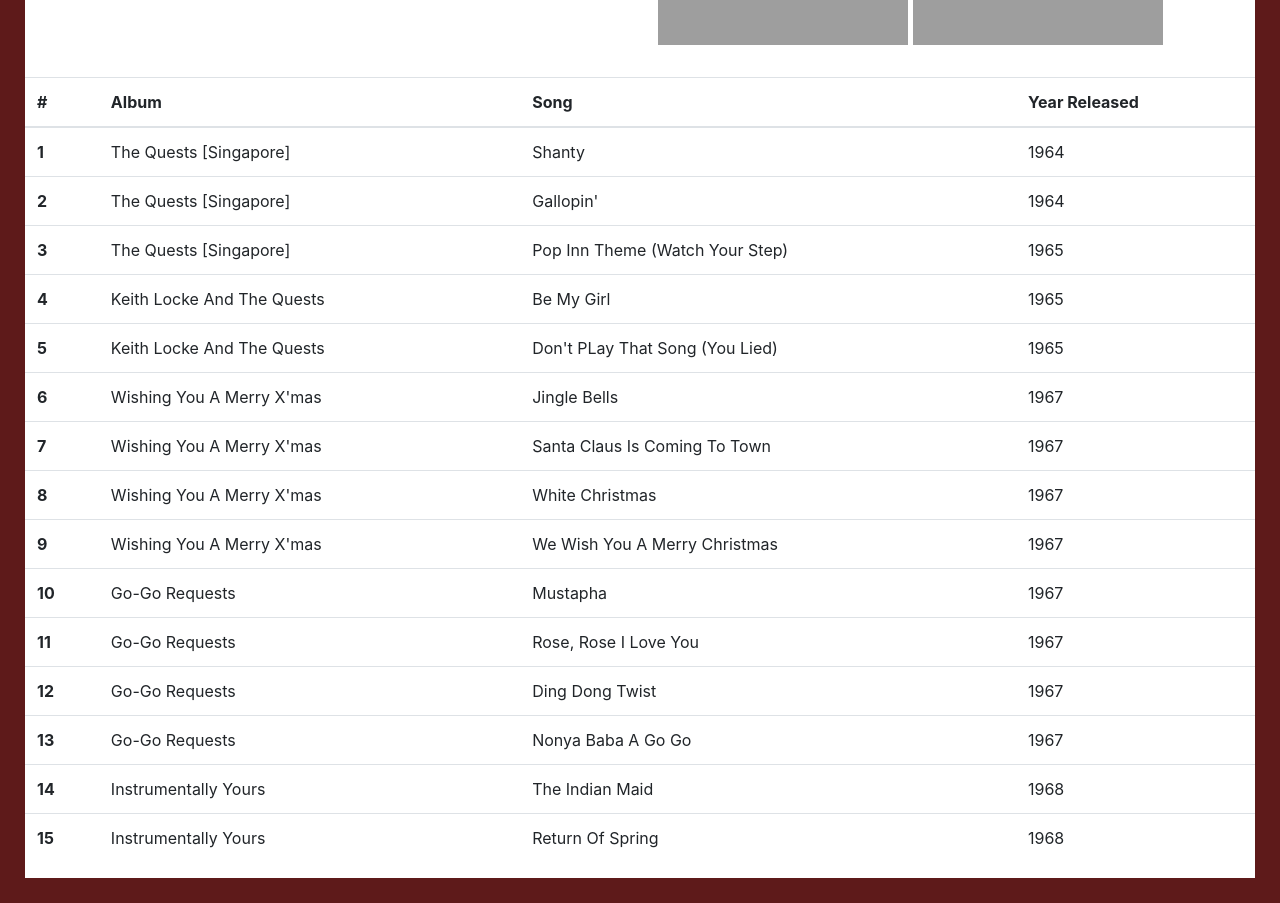
Repository: SamLookingGlass/User-Centric-Frontend-Development-Project
Page: music.html
The author's editor kept a record of every edit. The page is drawn from the files as they stood at one moment, then again after the next edit.
The browser window is 1280 px wide. The pictures show the part of the page from y = 585 to 1537 px (the page is 1488 px tall before and 1537 px after).
Pictures or frames that could not be fetched are drawn as grey boxes. Some web libraries are served in a nearby version.

Above is the page before.

### music.html
<!doctype html>
<html lang="en">

<head>
    <!-- Required meta tags -->
    <meta charset="utf-8">
    <meta name="viewport" content="width=device-width, initial-scale=1, shrink-to-fit=no">

    <!-- Bootstrap CSS -->
    <link rel="stylesheet" href="https://maxcdn.bootstrapcdn.com/bootstrap/4.0.0/css/bootstrap.min.css" integrity="sha384-Gn5384xqQ1aoWXA+058RXPxPg6fy4IWvTNh0E263XmFcJlSAwiGgFAW/dAiS6JXm" crossorigin="anonymous">
    <link href="style.css" rel="stylesheet" type="text/css" />
    <link href="https://fonts.googleapis.com/css?family=Fjalla+One&display=swap" rel="stylesheet">
    <link href="https://fonts.googleapis.com/css?family=Amatic+SC&display=swap" rel="stylesheet">
    <link href="https://fonts.googleapis.com/css?family=Playfair+Display&display=swap" rel="stylesheet">
    <link rel="stylesheet" href="https://cdnjs.cloudflare.com/ajax/libs/font-awesome/4.7.0/css/font-awesome.min.css">
    <title>The Quests Official - Music</title>
</head>

<body id="borderhome">
    <!--<div class="container-fluid" style="height:2vw"></div>-->
    <nav class="fontnew" id="navbg">
        <div class="container-fluid">
            <div class="row d-lg-flex">
                <div class="col-5 navnew navleft d-flex justify-content-end">
                    <ul class="d-flex">
                        <li><a href="home.html">HOME</a></li>
                        <li id="active"><a href="music.html">MUSIC</a></li>
                        <li><a href="history.html">HISTORY</a></li>
                    </ul>
                </div>
                <div class="col-2 d-lg-flex justify-content-center">
                    <a class="" href="home.html">
                     <img id="navlogo" class="img-fluid" src="images/logo.png" alt="logo">
                </a>
                </div>
                <div class="col-5 navnew navright d-lg-flex justify-content-start">
                    <ul class="d-flex">
                        <li><a href="tour.html">TOUR</a></li>
                        <li><a href="gallery.html">GALLERY</a></li>
                    </ul>
                </div>
            </div>
        </div>
    </nav>
    <main>
        <div id="imagebg">
        </div>
    </main>
    <section>
        <div style="height:420pt" class="container-fluid">
            <div class="row">
                <div class="col-1"></div>
                <div class="col-5 fonttypo-gallery">
                    <h2 class="cardbod">
                        “Mrs Devan liked both songs and she asked me what my tune was called.
                        <br>
                        <br>
                        I didn’t have a name, so at the spur of the moment,
                        I said: ‘Call it Shanty’.”
                        <br>
                        <br>
                    </h2>
                    <h3>
                        - Jap Cheong, Band Leader
                    </h3>
                </div>
                <div class="col-5 d-flex cardbod-music fonttypo-gallery">
                    <div class="row" >
                        <iframe width="250" height="250" scrolling="no" frameborder="no" allow="autoplay" src="https://w.soundcloud.com/player/?url=https%3A//api.soundcloud.com/tracks/129465381&color=%23ff5500&auto_play=false&hide_related=false&show_comments=false&show_user=false&show_reposts=false&show_teaser=false&visual=true"></iframe>
                        <iframe width="250" height="250" scrolling="no" frameborder="no" allow="autoplay" src="https://w.soundcloud.com/player/?url=https%3A//api.soundcloud.com/tracks/264145685&color=%23ff5500&auto_play=false&hide_related=false&show_comments=false&show_user=false&show_reposts=false&show_teaser=false&visual=true"></iframe>
                    </div>
                    <div class="row" >
                        <iframe width="250" height="250" scrolling="no" frameborder="no" allow="autoplay" src="https://w.soundcloud.com/player/?url=https%3A//api.soundcloud.com/tracks/2890725&color=%23ff5500&auto_play=false&hide_related=false&show_comments=false&show_user=false&show_reposts=false&show_teaser=false&visual=true"></iframe>
                        <iframe width="250" height="250" scrolling="no" frameborder="no" allow="autoplay" src="https://w.soundcloud.com/player/?url=https%3A//api.soundcloud.com/tracks/2890821&color=%23ff5500&auto_play=false&hide_related=false&show_comments=false&show_user=false&show_reposts=false&show_teaser=false&visual=true"></iframe>
                    </div>
                </div>
                <div class="col-1"></div>
            </div>
        </div>
    </section>
    <section>
        <table class="table table-hover">
  <thead>
    <tr>
      <th>#</th>
      <th>Album</th>
      <th>Song</th>
      <th>Year Released</th>
    </tr>
  </thead>
  <tbody>
    <tr>
      <th scope="row">1</th>
      <td>The Quests [Singapore]</td>
      <td>Shanty</td>
      <td>1964</td>
    </tr>
    <tr>
      <th scope="row">2</th>
      <td>The Quests [Singapore]</td>
      <td>Gallopin'</td>
      <td>1964</td>
    </tr>
    <tr>
      <th scope="row">3</th>
      <td>The Quests [Singapore]</td>
      <td>Pop Inn Theme (Watch Your Step)</td>
      <td>1965</td>
    </tr>
    <tr>
      <th scope="row">4</th>
      <td>Keith Locke And The Quests</td>
      <td>Be My Girl</td>
      <td>1965</td>
    </tr>
    <tr>
      <th scope="row">5</th>
      <td>Keith Locke And The Quests</td>
      <td>Don't PLay That Song (You Lied)</td>
      <td>1965</td>
    </tr>
    <tr>
      <th scope="row">6</th>
      <td>Wishing You A Merry X'mas</td>
      <td>Jingle Bells</td>
      <td>1967</td>
    </tr>
    <tr>
      <th scope="row">7</th>
      <td>Wishing You A Merry X'mas</td>
      <td>Santa Claus Is Coming To Town</td>
      <td>1967</td>
    </tr>
    <tr>
      <th scope="row">8</th>
      <td>Wishing You A Merry X'mas</td>
      <td>White Christmas</td>
      <td>1967</td>
    </tr>
    <tr>
      <th scope="row">9</th>
      <td>Wishing You A Merry X'mas</td>
      <td>We Wish You A Merry Christmas</td>
      <td>1967</td>
    </tr>
    <tr>
      <th scope="row">10</th>
      <td>Go-Go Requests</td>
      <td>Mustapha</td>
      <td>1967</td>
    </tr>
    <tr>
      <th scope="row">11</th>
      <td>Go-Go Requests</td>
      <td>Rose, Rose I Love You</td>
      <td>1967</td>
    </tr>
    <tr>
      <th scope="row">12</th>
      <td>Go-Go Requests</td>
      <td>Ding Dong Twist</td>
      <td>1967</td>
    </tr>
    <tr>
      <th scope="row">13</th>
      <td>Go-Go Requests</td>
      <td>Nonya Baba A Go Go</td>
      <td>1967</td>
    </tr>
    <tr>
      <th scope="row">14</th>
      <td>Instrumentally Yours</td>
      <td>The Indian Maid</td>
      <td>1968</td>
    </tr>
    <tr>
      <th scope="row">15</th>
      <td>Instrumentally Yours</td>
      <td>Return Of Spring</td>
      <td>1968</td>
    </tr>
  </tbody>
</table>
    </section>

    <!-- Optional JavaScript -->
    <!-- jQuery first, then Popper.js, then Bootstrap JS -->
    <script src="https://code.jquery.com/jquery-3.2.1.slim.min.js" integrity="sha384-KJ3o2DKtIkvYIK3UENzmM7KCkRr/rE9/Qpg6aAZGJwFDMVNA/GpGFF93hXpG5KkN" crossorigin="anonymous"></script>
    <script src="https://cdnjs.cloudflare.com/ajax/libs/popper.js/1.12.9/umd/popper.min.js" integrity="sha384-ApNbgh9B+Y1QKtv3Rn7W3mgPxhU9K/ScQsAP7hUibX39j7fakFPskvXusvfa0b4Q" crossorigin="anonymous"></script>
    <script src="https://maxcdn.bootstrapcdn.com/bootstrap/4.0.0/js/bootstrap.min.js" integrity="sha384-JZR6Spejh4U02d8jOt6vLEHfe/JQGiRRSQQxSfFWpi1MquVdAyjUar5+76PVCmYl" crossorigin="anonymous"></script>
</body>

</html>

### style.css
/*Sanity Checks*/
.blue {
    background-color:blue;

}
.bod {
    border:solid 1px black;
}

/*Home Styling*/
.cardbod {
    margin-top:4.5vw;
    padding:0.5vw;
    border-radius: 5px;
    /*align-items: center;*/
    display: flex;
    flex-direction: column;
}

/*Arrow Test https://codepen.io/raf187/pen/BvgGRQ*/
.red {
    margin-top:17vw;
}
body{
  margin-top: 0;
  padding: 0;
}
.arrow{
    position: absolute;
    top: 50%;
    left: 50%;
    transform: translate(-50%,-50%);
}
.arrow span{
    display: block;
    width: 30px;
    height: 30px;
    border-bottom: 5px solid rgb(158,2,13,0.7);
    border-right: 5px solid rgb(158,2,13,0.7);
    transform: rotate(45deg);
    margin: -12px;
    animation: animate 2s infinite;
}
.arrow span:nth-child(2){
    animation-delay: -0.2s;
}
.arrow span:nth-child(3){
    animation-delay: -0.4s;
}

@keyframes animate {
    0%{
        opacity: 0;
        transform: rotate(45deg) translate(-20px,-20px);
    }
    50%{
        opacity: 1;
    }
    100%{
        opacity: 0;
        transform: rotate(45deg) translate(20px,20px);
    }
}

/**/
#borderhome {
    border: solid 2vw rgb(94,26,26);
    /*border: solid 2vw rgb(158,2,13);*/
}

/*Parralax Scrolling */
.parralax {
    background-color:teal;
    height:460pt;
    background-attachment: fixed;
    background-position: center;
    background-repeat: no-repeat;
    background-size: cover;
}

.notparralax {
    background-image:url("images/image11.jpg");
    height:400pt;
    background-attachment: fixed;
    background-position: center;
    background-repeat: no-repeat;
    background-size: cover;
}

.notparralax div {
    padding-top:1vw;
}


/*Optional Color background-color:rgba(207, 0, 15, 0.6)*/
#navbg {
    background:rgb(94,26,26);
    background:linear-gradient(58deg, rgba(94,26,26,0.78) 42%, rgba(52,10,10,0.9) 48%, rgba(158,2,13,0.78) 48%);
    margin: 0 3vw;
    border-radius:15vw 0 15vw 0;
}

#navbg1 {
    background:rgb(94,26,26);
    background:linear-gradient(58deg, rgba(94,26,26,0.78) 42%, rgba(52,10,10,0.9) 48%, rgba(158,2,13,0.78) 48%);
    margin: 0 2vw;
    /*border-radius:15vw 15vw 0 0;*/
}

#active {
    text-decoration: underline overline;
}

.badgedesign {
    margin:10pt;
    padding:10pt;
    border: solid white 2pt;
    background-color:rgba(0, 0, 0, 0.6);
}

#navlogo {
   filter: invert(1);
   padding-top: 1.5vw;
}
.navnew li a {
    color: white;
}

.navnew li a:hover {
    text-decoration: underline overline;
}

.navnew li {
    text-decoration: none;
    list-style: none;
    padding-top: 1.5vw;
    margin: 5pt;
    font-size: 1.5vw;
    font-weight: bold;
}

.navright ul {
    position: relative;
    padding-left:0;
}

.navleft ul {
    position: relative;
    padding-right:0;
}

.fontnew {
    color:white;
    font-size: 1vw;
    font-family: 'Fjalla One', sans-serif;
    letter-spacing:0.2vw;

}

.fonttypo {
    font-family: 'Playfair Display', serif;
    color:white;
    font-size: 1vw;
    font-weight:bolder;
}

.fontfooter {
    color:white;
    font-size: 1vw;
    font-family: 'Fjalla One', sans-serif;
    letter-spacing:0.2vw;
    padding:0.18vw;
}

#sec1 h1, p{
    padding:5pt;
    margin:10pt;
}

#videobg {
    z-index: -1;
    position: fixed;
    right: 0;
    bottom: 0;
    min-width: 100%;
    min-height: 120%;
}

@media (min-aspect-ratio: 16/9) {
    #videobg {
        width: 100%;
        height: auto;
    }
}

@media (min-aspect-ratio: 16/9) {
    #videobg {
        width: auto;
        height: 100%;
    }
}

/*edit size*/
@media (max-width: 200px) {
    #videobg {
        display: none;
    }
    body {
        background: url("");
        background-size: cover;
    }
}

/*Newsletter Form*/
/*To reference DNCE*/
.formbackground {
    margin-top:5vw;
    background-color:rgba(0, 0, 0, 0.8);
    padding:2vw;
}
#formcta {
    text-align: center;
    line-height: 1;
    cursor: pointer;
    vertical-align: middle;
    padding: .85em 1em;
    color: #fefefe;
    font-weight: 700;
    border-radius: 1px;
    margin: 0 10px 0 auto;
    border: none;
    transition: background .2s ease-in-out;
    font-size: 1rem;
    outline: 0;
    letter-spacing: .1em;
    text-transform: uppercase;
}

/*To reference DNCE*/
.blockheader {
    display: inline-block;
    font-family: "Amatic SC",cursive;
    font-size: calc(1.11111vw + 20.44px);
    font-weight: 700;
    border: 3px solid #f00833;
    color: white;
    padding: 0 1.125rem;
    margin: 0;
    border-radius: 1px;
    clear: both;
    letter-spacing: .05em;
    text-align: left;
    width: auto;
    text-transform: uppercase;
    position: relative;
    left: -1%;
    transform: skew(3deg);
}
.blockheader::after {
    content: '';
    width: 0;
    height: 0;
    top: auto;
    border-style: solid;
    border-width: 12px 0 0 8px;
    border-color: #f00833 transparent transparent;
    position: absolute;
    bottom: -13px;
    left: 6%;
    z-index: 0;
    transform: rotate(-7deg);
}

#red-font {
    color: #f00833;
}

/*Gallery Styling*/


.fonttypo-gallery {
    font-family: 'Playfair Display', serif;
    color:rgb(158,2,13);
    font-size: 1vw;
    font-weight:bolder;
}

#imagebg {
    z-index: -1;
    position: fixed;
    right: 0;
    bottom: 0;
    min-width: 100%;
    min-height: 100%;
    background-size: cover;
    /*background-image: url("images/home1.jpg");*/
}

/*Reference for Gallery Images https://codepen.io/ozzy21/pen/JqgrvP*/

#gallerybod {
  margin: 0;
  padding: 0;
}
.container {
  width: 100%;
  display: grid;
  grid-auto-flow: dense;
  grid-template:
    "1fr 1fr 1fr 1fr 1fr" 33.33vh
    "1fr 1fr 1fr 1fr 1fr" 33.33vh
    "1fr 1fr 1fr 1fr 1fr" 33.33vh;
}

.container .box {
  position: relative;
  background: #ccc;
}
.container .box.a {
  grid-row: span 2;
}
.container .box.b,
.container .box.f,
.container .box.h,
.container .box.j {
  grid-column: span 2;
}
.container .box img {
  position: absolute;
  top: 0;
  left: 0;
  width: 100%;
  height: 100%;
  object-fit: cover;
}
@media (max-width: 991px) {
  .container {
    grid-template:
      "1fr 1fr 1fr" 250px
      "1fr 1fr 1fr" 250px
      "1fr 1fr 1fr" 250px
      "1fr 1fr 1fr" 250px
      "1fr 1fr 1fr" 250px;
  }
}
@media (max-width: 768px) {
  .container {
    grid-template:
      "1fr 1fr" 200px
      "1fr 1fr" 200px
      "1fr 1fr" 200px
      "1fr 1fr" 200px
      "1fr 1fr" 200px
      "1fr 1fr" 200px
      "1fr 1fr" 200px;
  }
}
.container .box.h {
  grid-column: span 1;
}

/*Music Styling*/
.cardbod-music {
    padding-top:2vw;
}

.cardbod-music div{
    margin:0.2vw;
}

After the next edit:
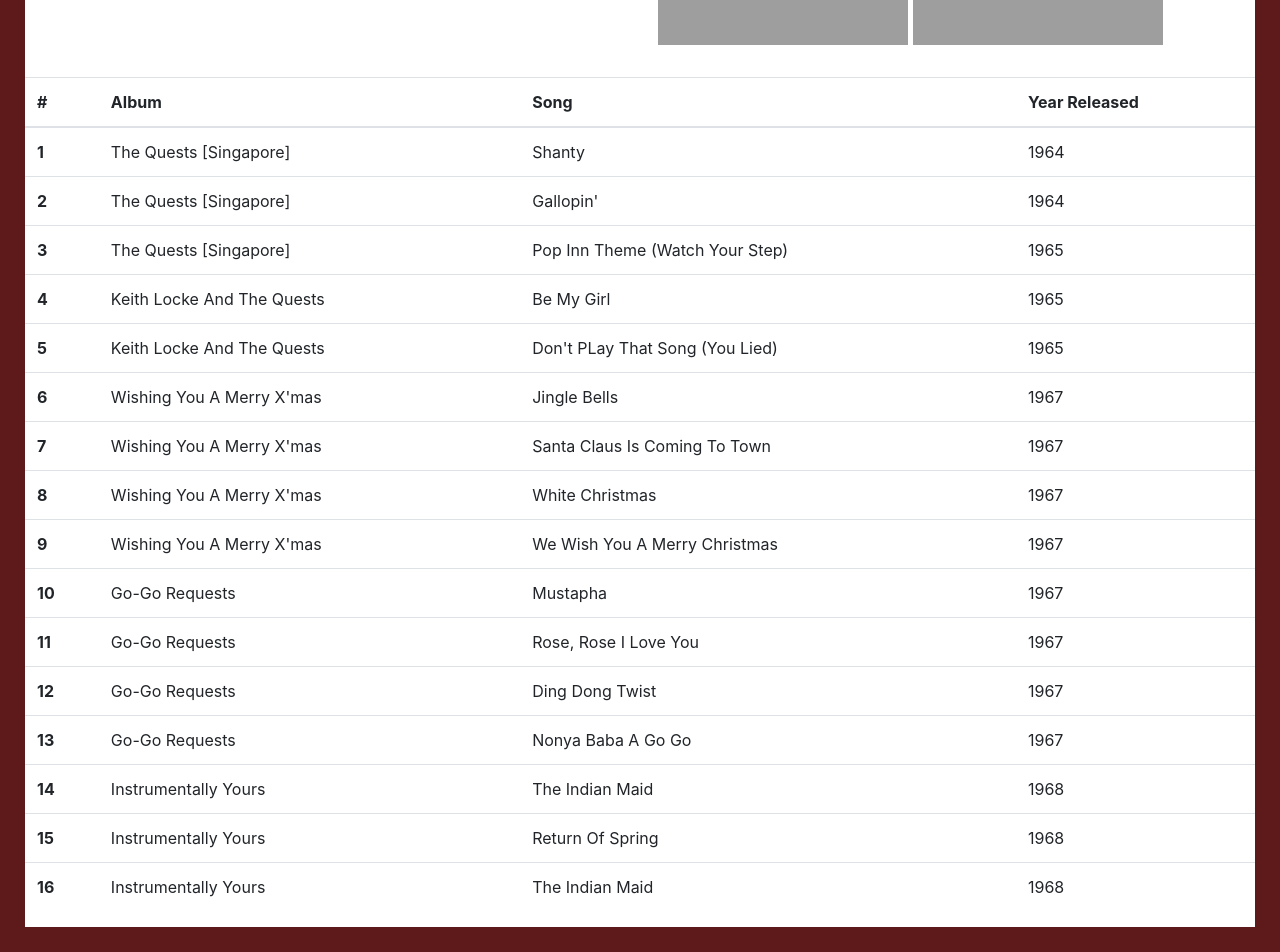
The edit:
--- a/music.html
+++ b/music.html
@@ -179,6 +179,12 @@
       <td>Return Of Spring</td>
       <td>1968</td>
     </tr>
+    <tr>
+      <th scope="row">16</th>
+      <td>Instrumentally Yours</td>
+      <td>The Indian Maid</td>
+      <td>1968</td>
+    </tr>
   </tbody>
 </table>
     </section>
